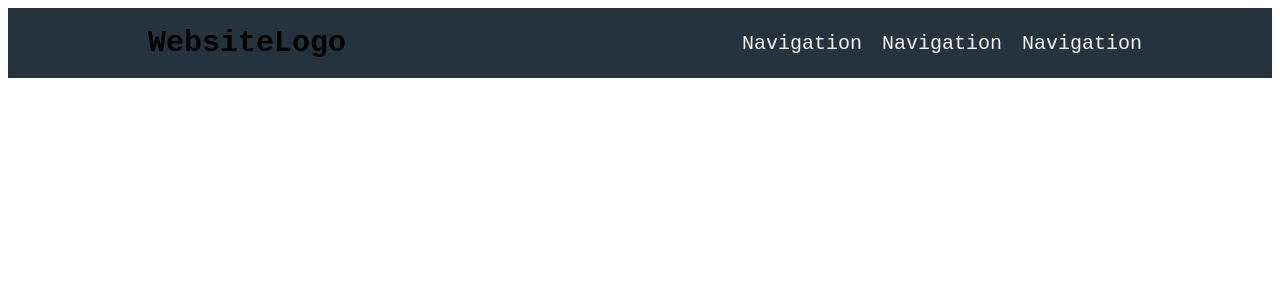
Repository: piotrokrutniak/Projekt-Studia
Page: index.html
The author's editor kept a copy of each file at every save. The page is drawn from the files as they stood at one save, then again after the next save.
The browser window is 1280 px wide. The pictures show the whole page.

Above is the page before, as saved 2023-03-04 03:28:29.

After the next save:
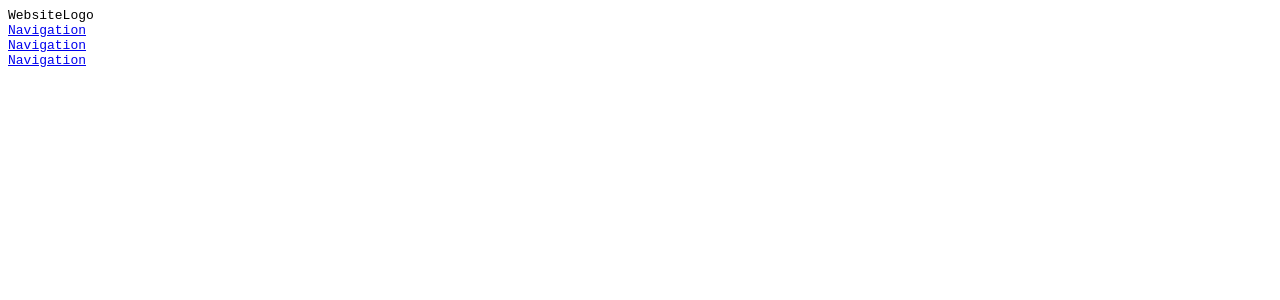
Saved 10 s later.
--- a/index.html
+++ b/index.html
@@ -4,7 +4,7 @@
     <meta http-equiv="X-UA-Compatible" content="IE=edge" />
     <meta name="viewport" content="width=device-width, initial-scale=1.0" />
     <link rel="stylesheet" type="text/css" href="styles.css" />
-    <link rel="stylesheet" type="text/css" href="/Styles/navbar.css">
+    <link rel="styles" type="text/css" href="/Styles/navbar.css">
     <title>Website Title</title>
 </head>
 <body>

After the save that followed:
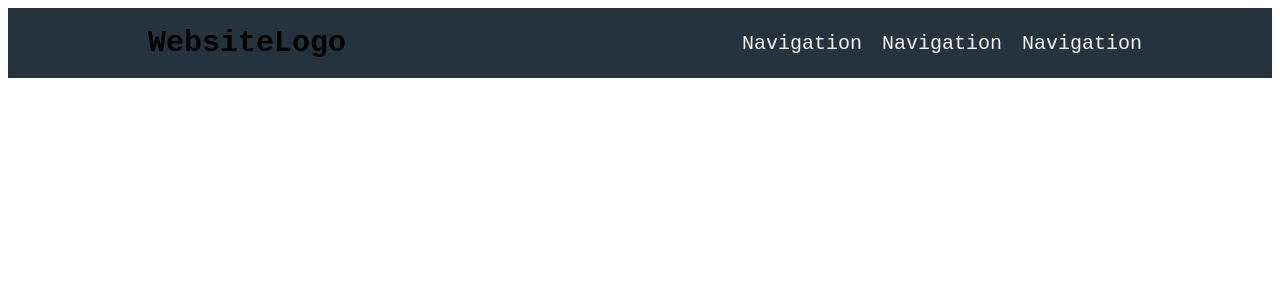
Saved 68 s later.
--- a/index.html
+++ b/index.html
@@ -4,7 +4,7 @@
     <meta http-equiv="X-UA-Compatible" content="IE=edge" />
     <meta name="viewport" content="width=device-width, initial-scale=1.0" />
     <link rel="stylesheet" type="text/css" href="styles.css" />
-    <link rel="styles" type="text/css" href="/Styles/navbar.css">
+    <link rel="stylesheet" type="text/css" href="/Styles/navbar.css"/>
     <title>Website Title</title>
 </head>
 <body>
